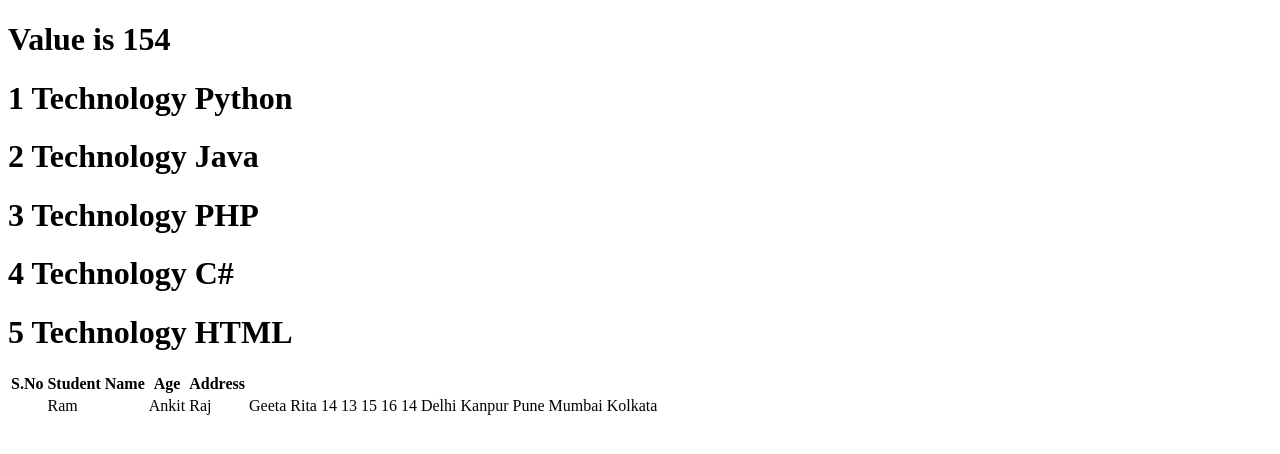
Repository: gautamsonam011/CMS
Page: http://localhost/dtl/
The author's editor kept a copy of each file at every save. The page is drawn from the files as they stood at one save, then again after the next save.
The browser window is 1280 px wide. The pictures show the whole page.
The page is served by the project's application, run on Django 5.2 (manage.py).

Above is the page before, as saved 2025-09-06 17:18:32.

After the next save:
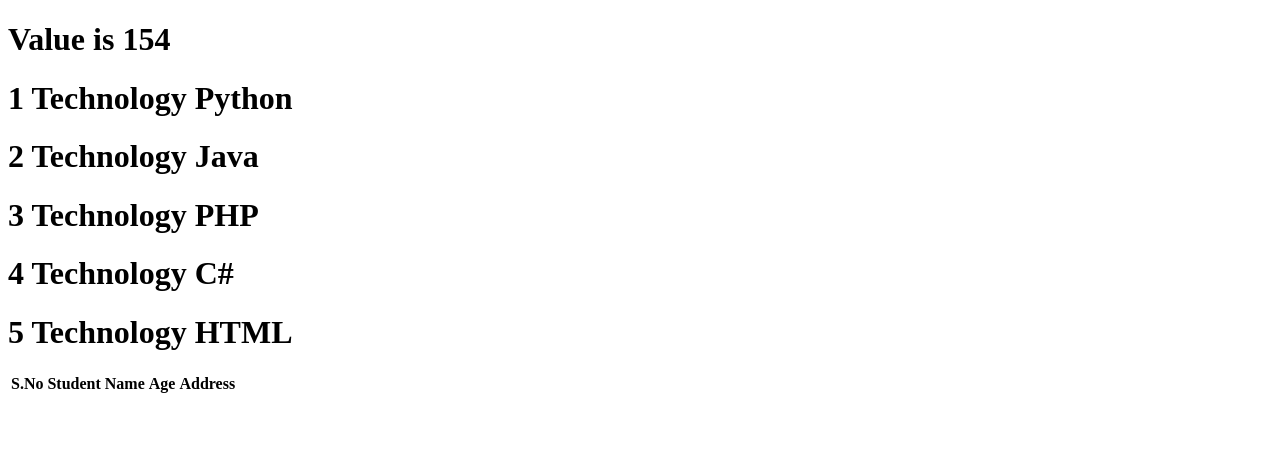
Saved 3 min 9 s later.
--- a/CMS/views.py
+++ b/CMS/views.py
@@ -80,11 +80,11 @@ def dtl_func(request):
     student_name = ["Ram", "Ankit", "Raj", "Geeta", "Rita"]
     student_age = [14, 13, 15, 16, 14]
     student_address = ["Delhi", "Kanpur", "Pune", "Mumbai", "Kolkata"]
+
+    students = zip(student_name, student_age, student_address)
     d = {
         'sum':sum,
         'techno': l,
-        'student_name': student_name,
-        'student_age': student_age,
-        'student_address': student_address
+        'students': students,
         }
     return render(request, 'dtl.html', d)
